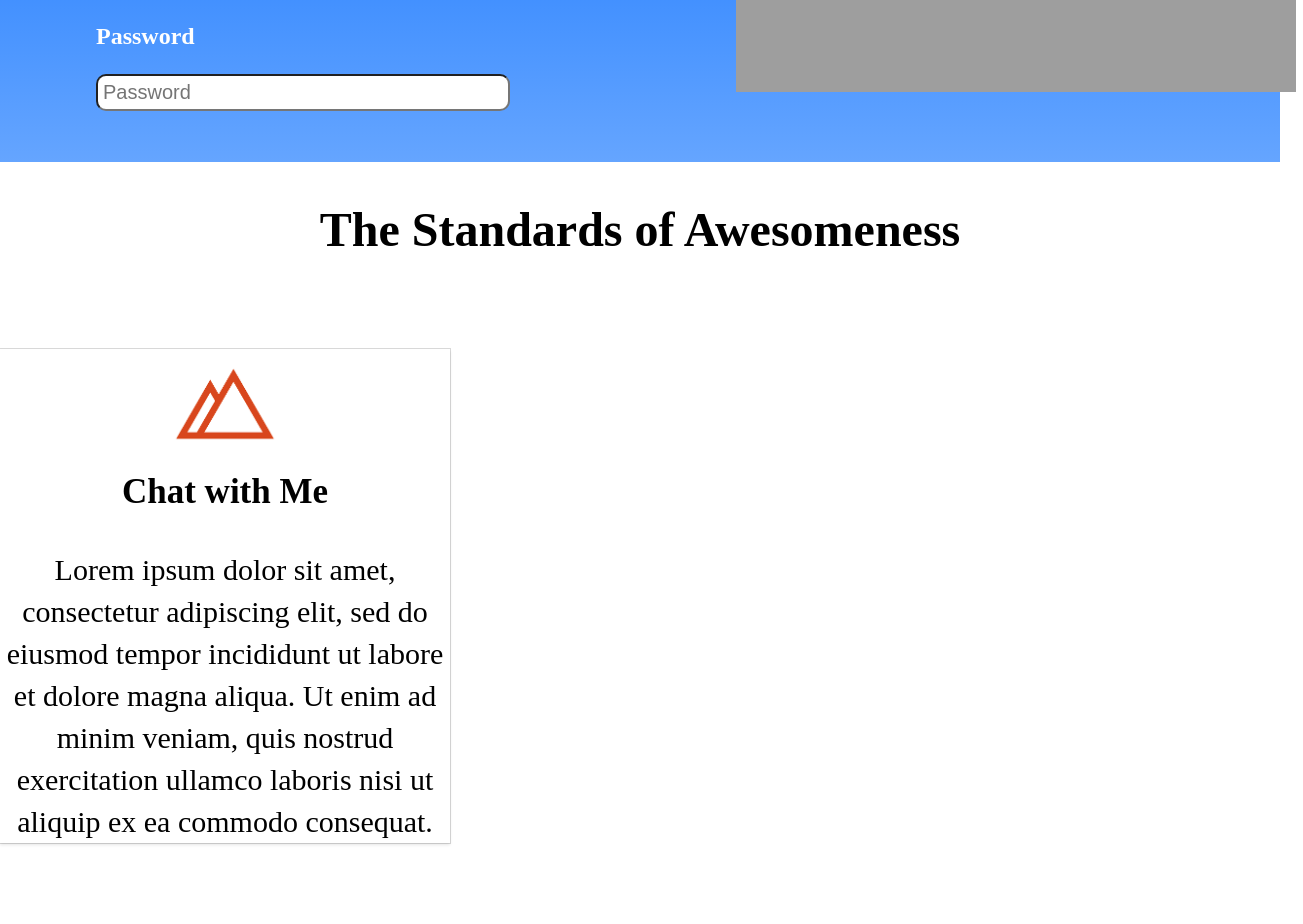
Repository: jesar-enl/My-CSS-Website
Page: index.html
The author's editor kept a copy of each file at every save. The page is drawn from the files as they stood at one save, then again after a run of saves.
The browser window is 1280 px wide. The page is 1296 px wide, then 1303 px, so the pictures cover 1303 px, including what lies to the right of the window. The pictures show the part of the page from y = 338 to 1262 px (the page is 1262 px tall).
Pictures or frames that could not be fetched are drawn as grey boxes.

Above is the page before, as saved 2022-07-27 13:00:38.

After the next 3 saves:
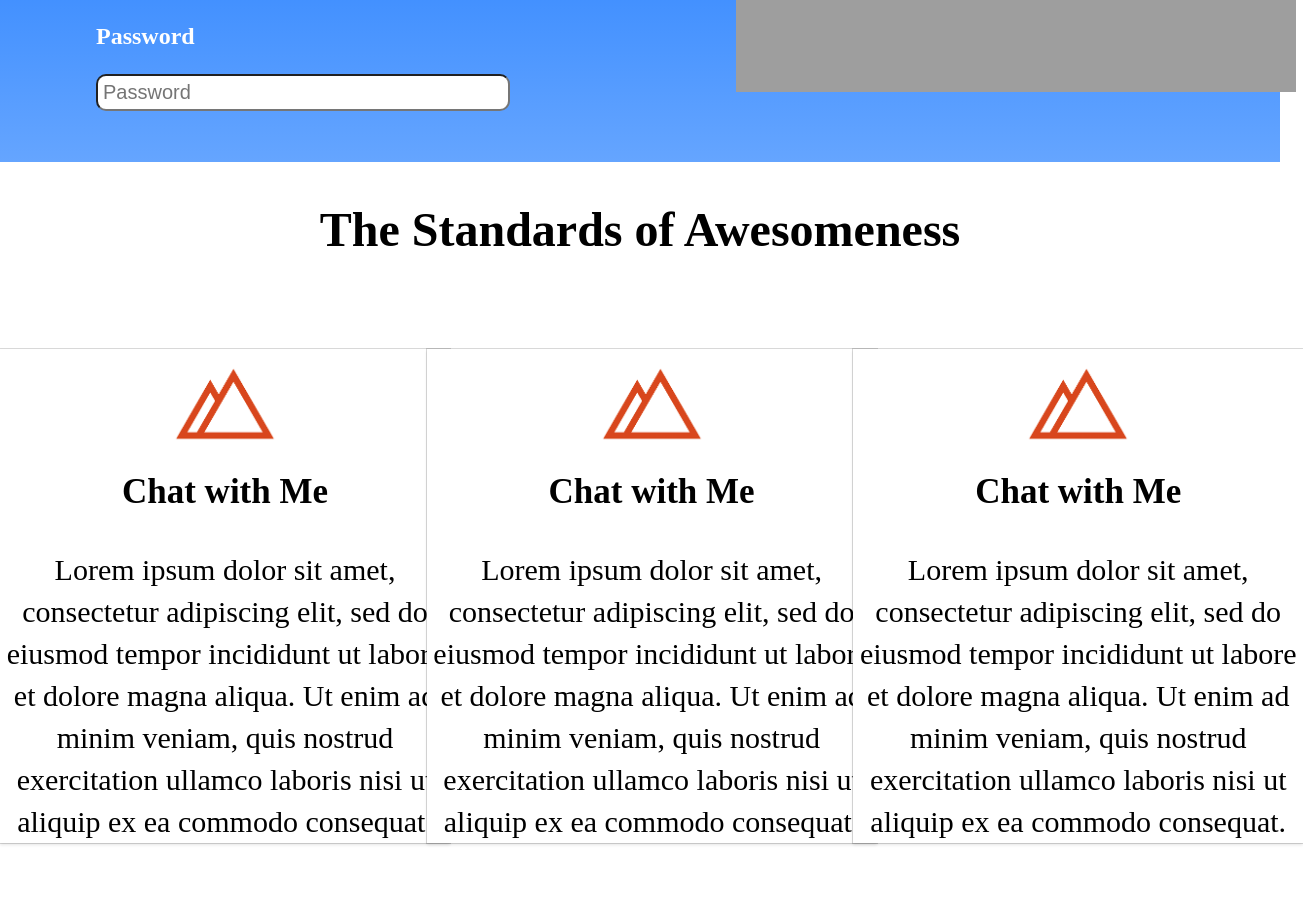
The 3 saves are shown as one change because they came seconds apart.
The last was saved 7 s later.
--- a/index.html
+++ b/index.html
@@ -93,7 +93,34 @@
             </p>
           </div>
         </div>
-
+        <div class="col-4">
+          <div class="box">
+            <div class="icon">
+              <img class="dev" src="devslopes.png" alt="dev icon" />
+            </div>
+            <label for="">Chat with Me</label>
+            <p>
+              Lorem ipsum dolor sit amet, consectetur adipiscing elit, sed do
+              eiusmod tempor incididunt ut labore et dolore magna aliqua. Ut
+              enim ad minim veniam, quis nostrud exercitation ullamco laboris
+              nisi ut aliquip ex ea commodo consequat.
+            </p>
+          </div>
+        </div>
+        <div class="col-4">
+          <div class="box">
+            <div class="icon">
+              <img class="dev" src="devslopes.png" alt="dev icon" />
+            </div>
+            <label for="">Chat with Me</label>
+            <p>
+              Lorem ipsum dolor sit amet, consectetur adipiscing elit, sed do
+              eiusmod tempor incididunt ut labore et dolore magna aliqua. Ut
+              enim ad minim veniam, quis nostrud exercitation ullamco laboris
+              nisi ut aliquip ex ea commodo consequat.
+            </p>
+          </div>
+        </div>
       </div>
     </div>
     <script src="index.js"></script>
